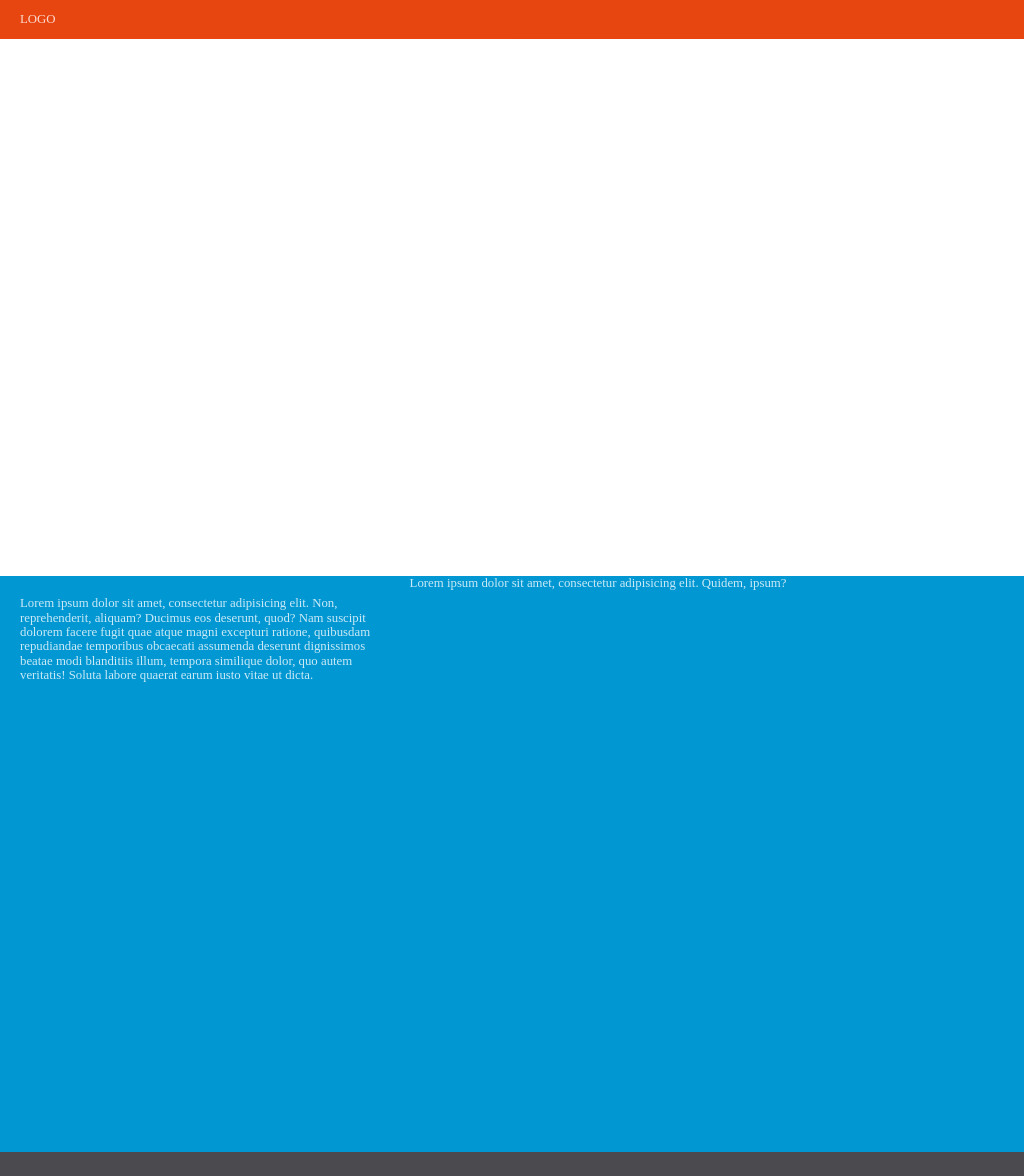
Repository: LiamB123/Adaptive-Sizing-Practice
Page: MP.html
The author's editor kept a record of every edit. The page is drawn from the files as they stood at one moment, then again after the next edit.
The browser window is 1280 px wide. The pictures show the whole page, at 80% of full size.

Above is the page before.

After the next edit:
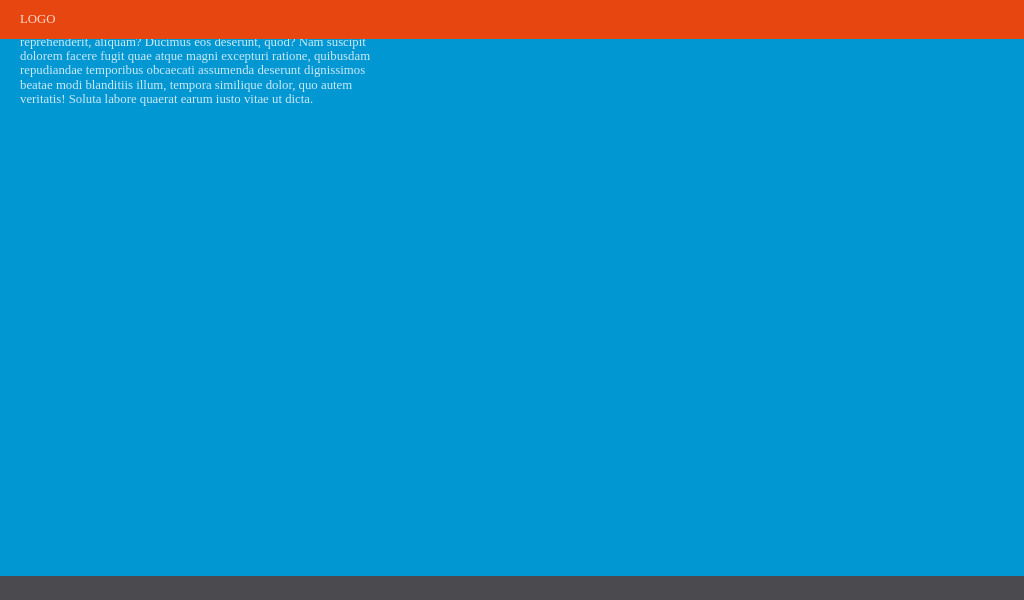
The edit:
--- a/MP.html
+++ b/MP.html
@@ -13,7 +13,7 @@
 <main class="main">
     <header class="header">
     <div class="logo"> LOGO</div>
-    </header> </main>
+    </header>
 
     <section class="section">
         <article class="article column column-60"></article>
